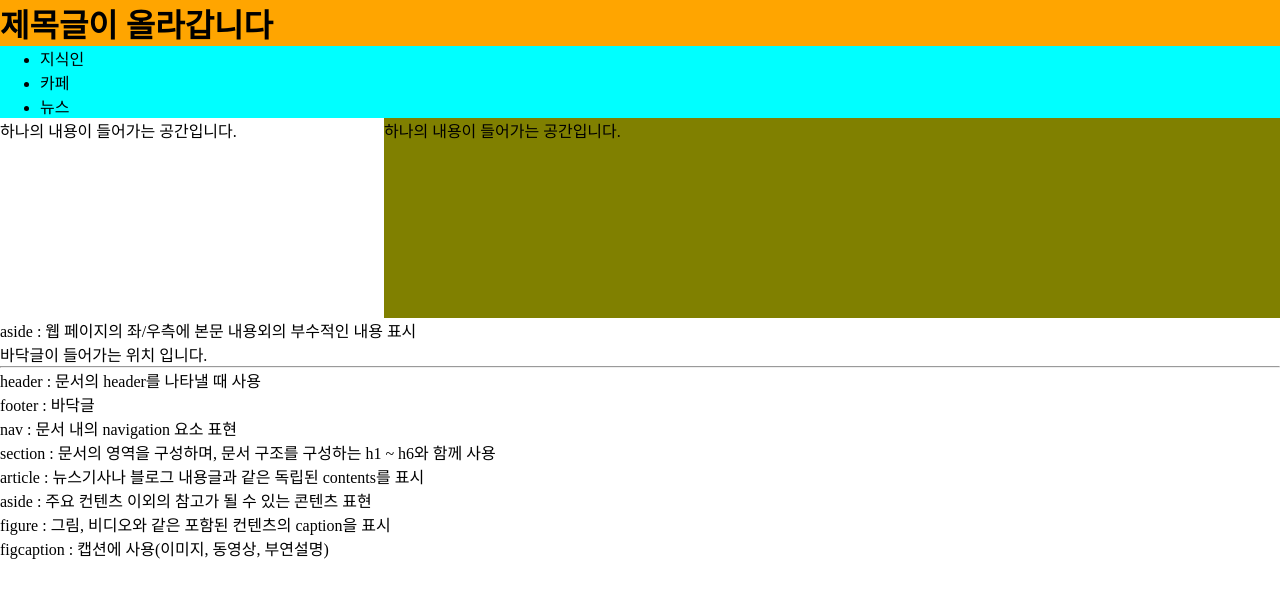
Repository: thswlsqls/JspWorkspace
Page: html/ex03.html
The author's editor kept a copy of each file at every save. The page is drawn from the files as they stood at one save, then again after the next save.
The browser window is 1280 px wide. The pictures show the whole page.

Above is the page before, as saved 2021-04-12 10:35:12.

### html/ex03.html
<!DOCTYPE html>
<html>
<head>
<meta charset="UTF-8">
<title>Insert title here</title>
</head>

<style type="text/css">
	* { margin: 0;}
</style>

<body>
	<header style="background-color: orange;">
		<h1>제목글이 올라갑니다</h1>
	</header>
	<nav style="background-color: aqua;">
		<ul>
			<li>지식인</li><li>카페</li><li>뉴스</li>
		</ul>
	</nav>
	<section style="display: flex;">
		<article style="width:30%; height:200px; background-color: puprle;">하나의 내용이 들어가는 공간입니다.</article>
		<article style="width:70%; height:200px; background-color: olive;">하나의 내용이 들어가는 공간입니다.</article>
	</section>
	<aside>
		aside : 웹 페이지의 좌/우측에 본문 내용외의 부수적인 내용 표시
	</aside>
	<footer>
		바닥글이 들어가는 위치 입니다.
	</footer>
	<hr>
	header : 문서의 header를 나타낼 때 사용<br>
	footer : 바닥글<br>
	nav : 문서 내의 navigation 요소 표현<br>
	section : 문서의 영역을 구성하며, 문서 구조를 구성하는 h1 ~ h6와 함께 사용<br>
	article : 뉴스기사나 블로그 내용글과 같은 독립된 contents를 표시<br>
	aside : 주요 컨텐츠 이외의 참고가 될 수 있는 콘텐츠 표현<br>
	figure : 그림, 비디오와 같은 포함된 컨텐츠의 caption을 표시<br>
	figcaption : 캡션에 사용(이미지, 동영상, 부연설명)
</body>
</html>

After the next save:
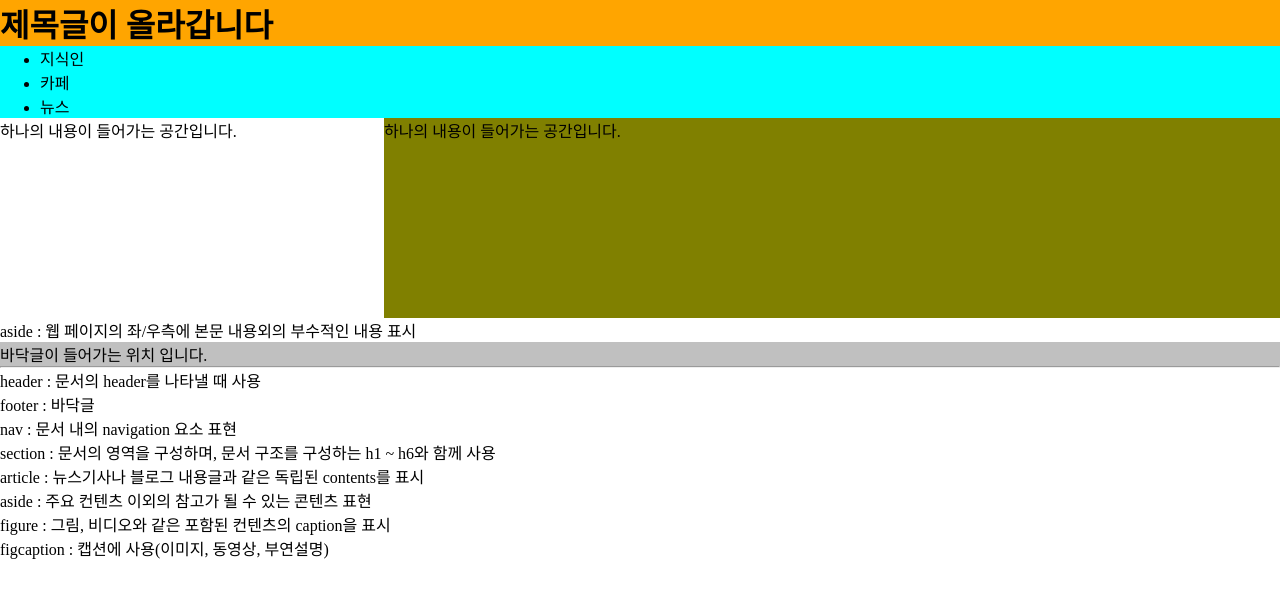
Saved 19 s later.
--- a/html/ex03.html
+++ b/html/ex03.html
@@ -25,7 +25,7 @@
 	<aside>
 		aside : 웹 페이지의 좌/우측에 본문 내용외의 부수적인 내용 표시
 	</aside>
-	<footer>
+	<footer style="background-color: silver">
 		바닥글이 들어가는 위치 입니다.
 	</footer>
 	<hr>
